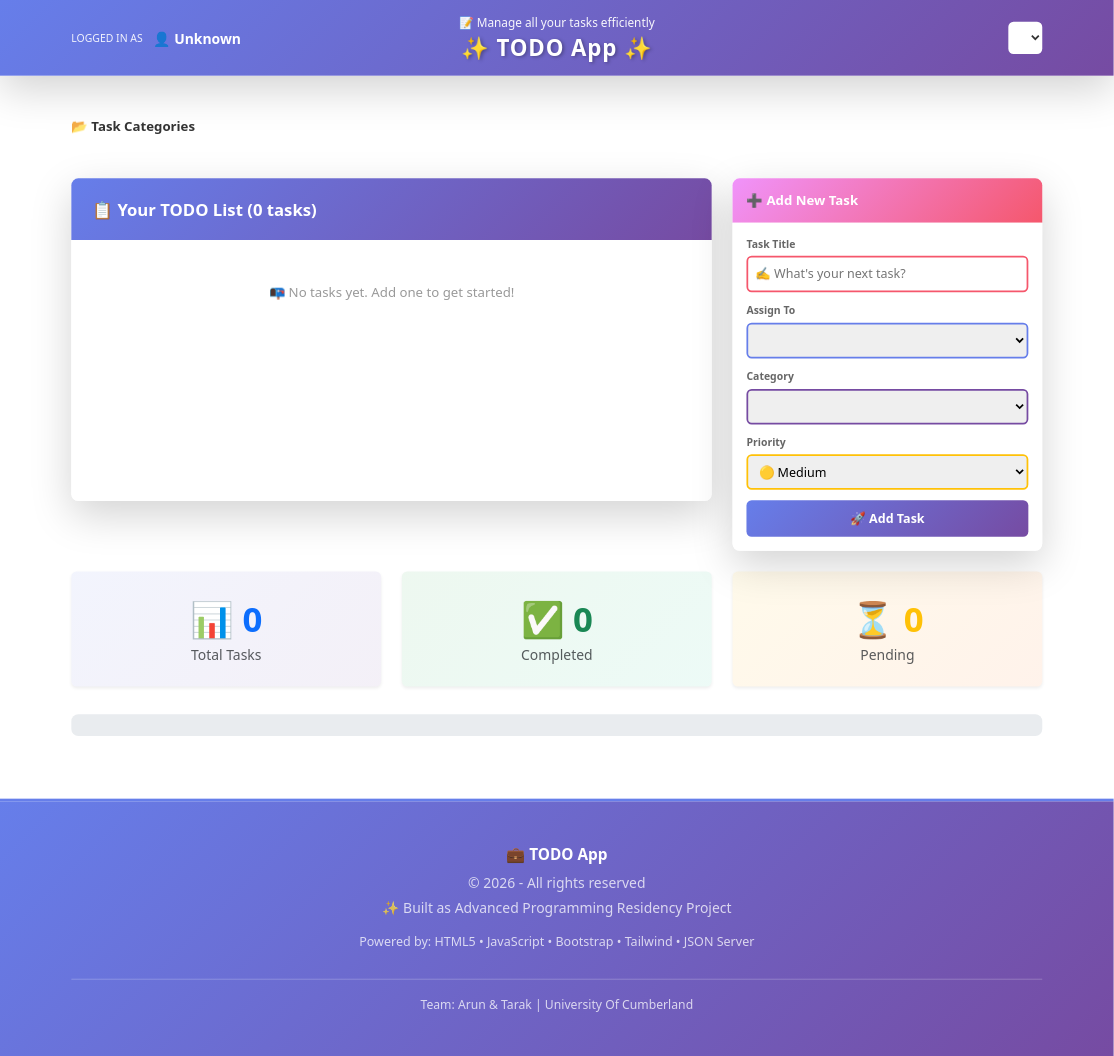
Repository: arunkr12/Master-In-Computer-Science
Page: Advanced Programming Language/Residency Project Team One Arun Javascript Version/TODO/index.html
These files come from the project's save history. The page is drawn as it stood at one moment and after the next save; the edit follows.
The browser window is 1280 px wide. The pictures show the whole page, at 87% of full size.
The page's requests for data from a server got no answer. Some web libraries are served in a nearby version.

Above is the page before, as saved 2026-02-21 08:42:00.

After the next save:
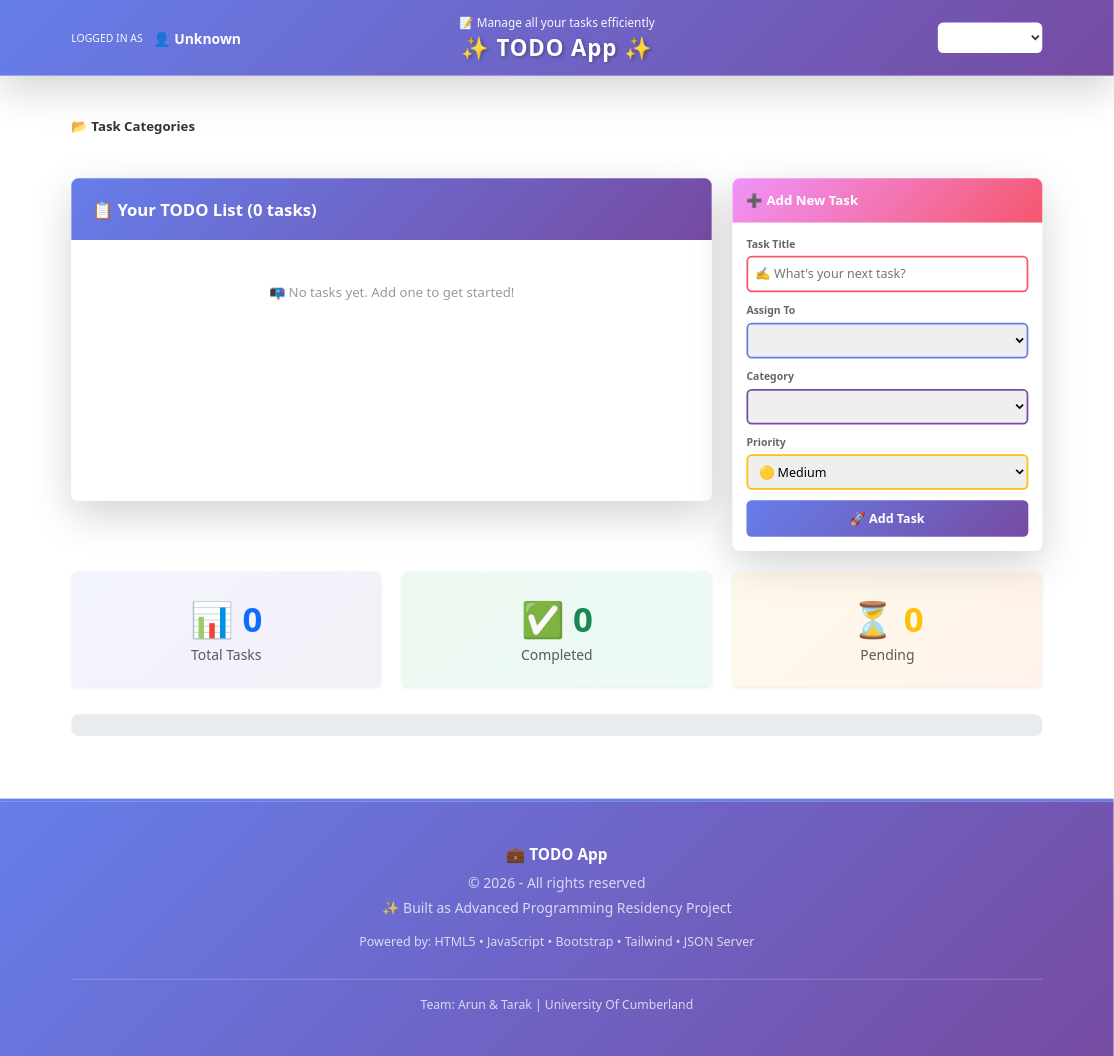
Saved 66 s later.
--- a/Advanced Programming Language/Residency Project Team One Arun Javascript Version/TODO/Header/Header.js
+++ b/Advanced Programming Language/Residency Project Team One Arun Javascript Version/TODO/Header/Header.js
@@ -27,20 +27,20 @@ class Header {
       <header class="bg-gradient-primary text-white py-3 shadow-lg" style="background: linear-gradient(135deg, #667eea 0%, #764ba2 100%);">
         <div class="container">
           <div style="display:flex; align-items:center; justify-content:space-between; gap:1rem;">
-            <div style="display:flex; align-items:center; gap:0.75rem; flex:1;">
-              <div style="font-size:0.75rem; color: rgba(255,255,255,0.9);">LOGGED IN AS</div>
+            <div style="display:flex; align-items:center; gap:0.75rem; flex:0 0 220px;">
+              <div style="font-size:0.75rem; color: rgba(255,255,255,0.95);">LOGGED IN AS</div>
               <div style="font-weight:700; font-size:1rem;">👤 ${currentUser ? currentUser.name : "Unknown"}</div>
             </div>
 
-            <div style="flex:2; text-align:center;">
+            <div style="flex:1 1 auto; text-align:center;">
               <div style="font-size:0.85rem; opacity:0.95; margin-bottom:0.25rem;">📝 ${this.subtitle}</div>
               <h1 class="m-0 fw-bold" style="text-shadow: 2px 2px 4px rgba(0,0,0,0.3); letter-spacing: 1px; font-size: 1.6rem;">
                 ✨ ${this.title} ✨
               </h1>
             </div>
 
-            <div style="display:flex; align-items:center; justify-content:flex-end; flex:1;">
-              <select class="user-selector" style="padding: 0.4rem 0.6rem; border-radius: 6px; border: none; background: white; color: #333; font-weight: bold; cursor: pointer;">
+            <div style="display:flex; align-items:center; justify-content:flex-end; flex:0 0 220px;">
+              <select class="user-selector" style="padding: 0.35rem 0.6rem; border-radius: 6px; border: none; background: white; color: #333; font-weight: bold; cursor: pointer; min-width:120px;">
                 ${this.users
                   .map(
                     (user) => `
